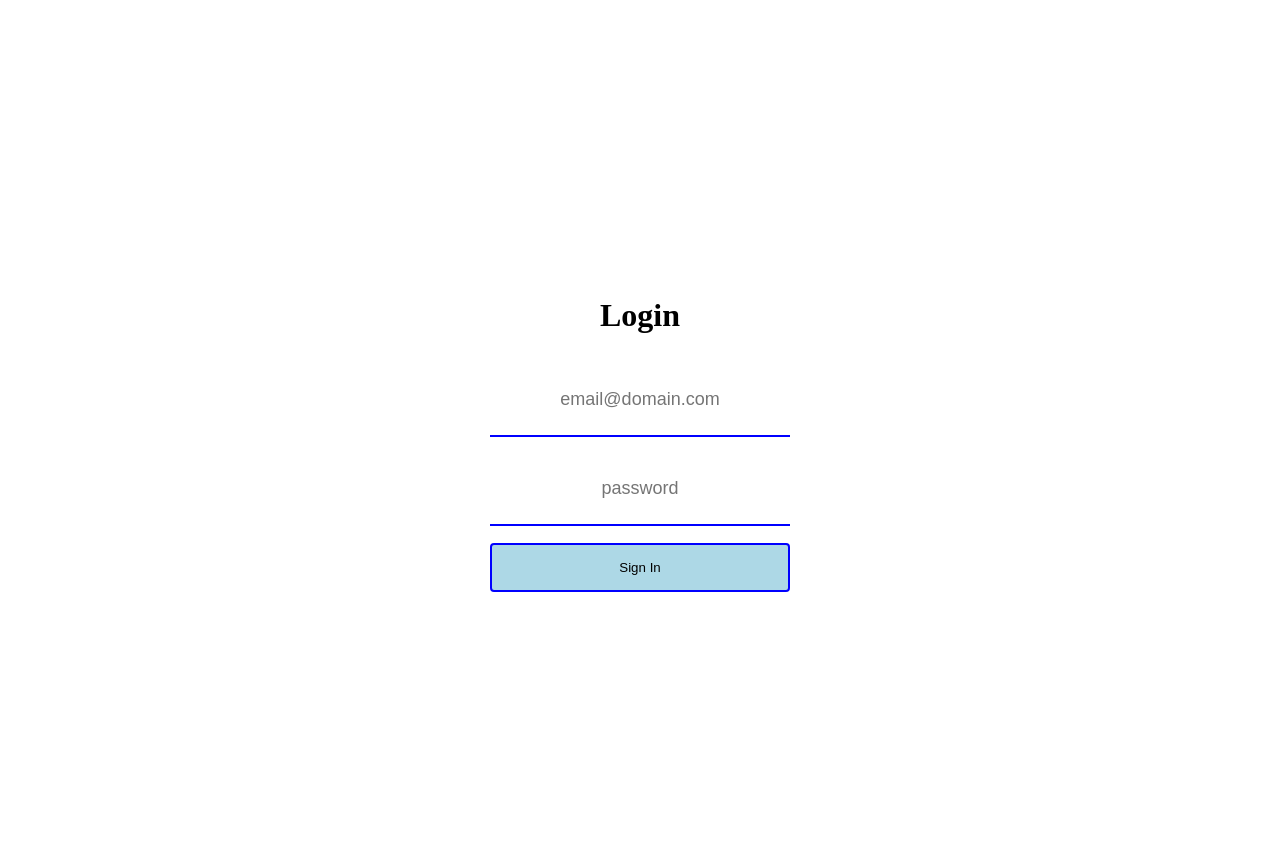
Repository: Itumeleng-Tshabalala/Tshabalala
Page: html/index.html
The author's editor kept a copy of each file at every save. The page is drawn from the files as they stood at one save, then again after a run of saves.
The browser window is 1280 px wide. The pictures show the whole page.

Above is the page before, as saved 2020-07-27 19:26:36.

### html/index.html
<html>
    <head>
        <title>
            Login
        </title>
        <meta name="viewport" content="width=device-width, initial-scale=1.0">
        <link rel="stylesheet" href="../css/index.css">
        <script src="../javascript/index.js"></script>
        <link rel="shortcut icon" href="../images/cv_icon.png" type="image/png">
    </head>
    <body>
        <br />
        <div class="flex-container">
            <h1 class="label_login">Login</h1>
            <input type="text" id="edtUsername" placeholder="email@domain.com">
            <br />
            <input type="password" id="edtPassword" placeholder="password">
            <br />
            <button type="submit" id="btnLogin" onclick="login()">Sign In</button>
        </div>
    </body>
</html>

### css/index.css
input[type=text], [type=password] {
    color: black;
    font-weight: 100;
    width: 300px;
    padding: 25px 20px;
    margin: 8px 0;
    border: none;
    border-bottom: 2px solid blue;
    background-color: white;
    font-size: 18px;
    text-align: center;
}

input:focus{
    border: none;
    border-bottom: 2px solid blue;
}
button{
    width: 300px;
    background-color: lightblue;
    padding: 15px 20px;
    margin: 9px 0;
    border: 2px solid blue;
    border-radius: 4px;
    cursor: pointer;
    text-align: center;
}

button:hover {
    background-color: cornflowerblue;
}


.login_div{
    text-align: center;
}

body{
    text-align: center;
    padding: 200px;
}

.flex-container {
    /* display: flex; */
    background-color: white;
    border-radius: 4px;
    padding: 50px;
  }

  .flex-container > div {
    background-color: #f1f1f1;
    margin: 10px;
    padding: 30px;
    font-size: 18px;
    border-radius: 4px;
    width: 20%;
  }

### javascript/index.js
var user = {username: "itu@gmail.com", password: "123456"};

function login() {
    username = document.getElementById("edtUsername").value;
    password = document.getElementById("edtPassword").value;

    if(data(username, password)){
        window.location = "../html/curriculum.html";
    }
    else{
        loginError();
    }
}

function data(username, password){
    if (user.username == username && user.password == password) {
        return true;
    }
    return false;
}

function loginError(){
    var labelError = document.getElementById("lblErrorLogin");
    labelError.hidden = false;
}

After the next 4 saves:
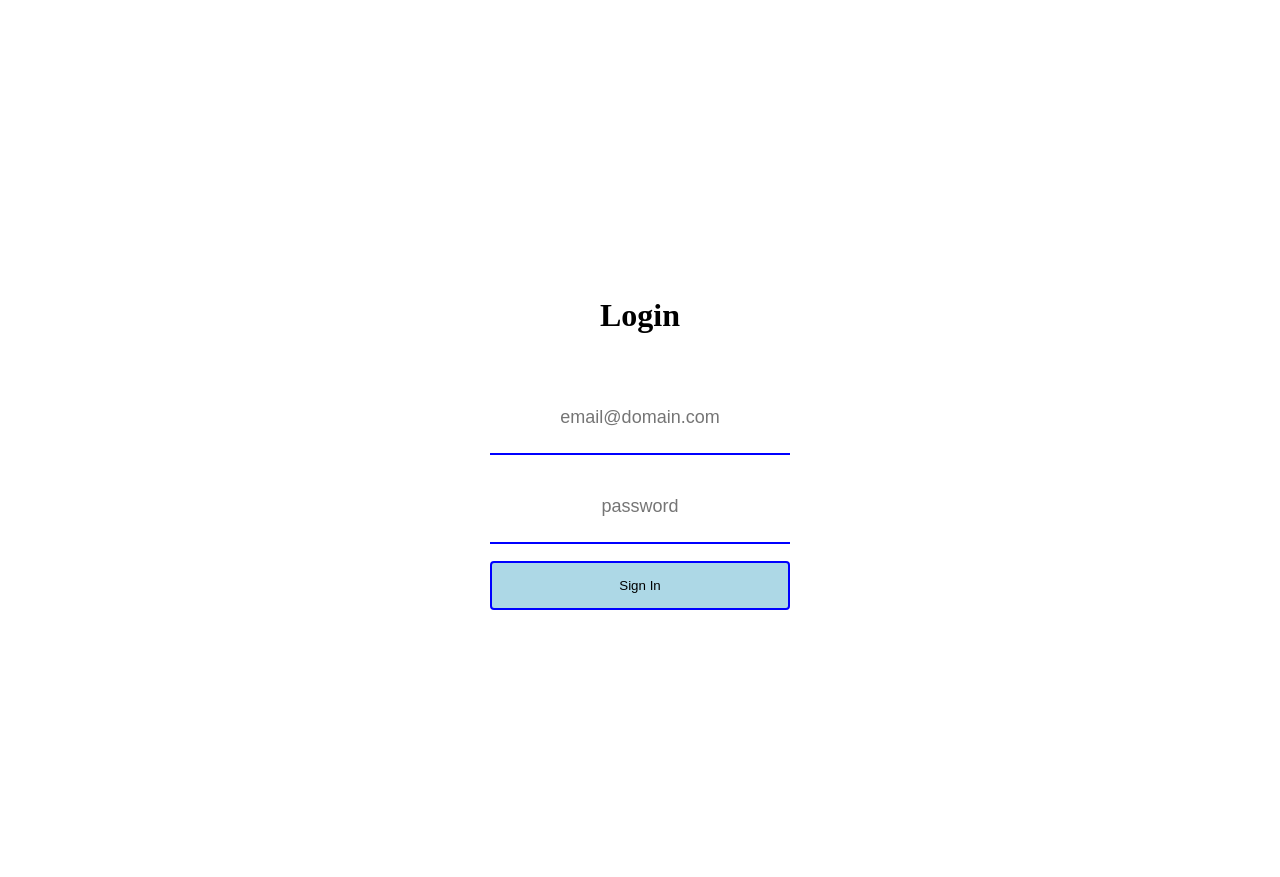
The 4 saves are shown as one change because they came seconds apart.
The last was saved 10 s later.
--- a/html/index.html
+++ b/html/index.html
@@ -12,6 +12,8 @@
         <br />
         <div class="flex-container">
             <h1 class="label_login">Login</h1>
+            <label class="labelError" id="lblErrorLogin" hidden>Invalid login details supplied !!!</label>
+            <br />
             <input type="text" id="edtUsername" placeholder="email@domain.com">
             <br />
             <input type="password" id="edtPassword" placeholder="password">
